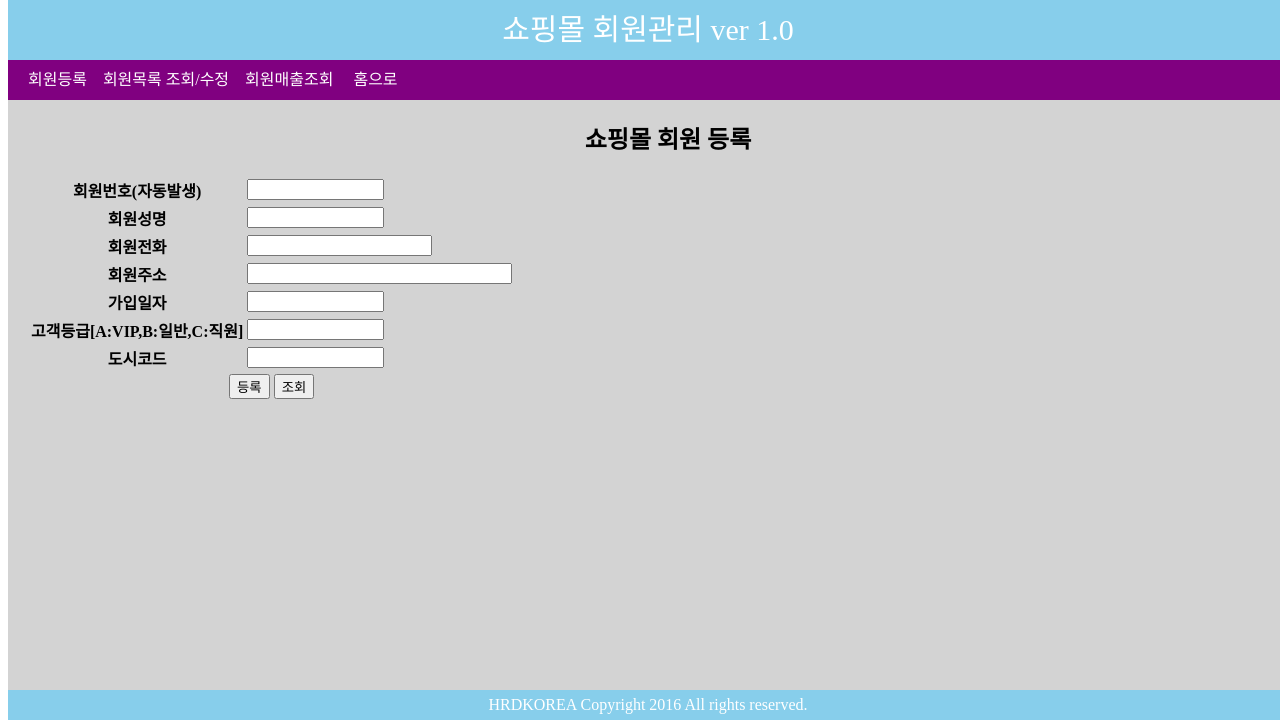
Repository: haileylee94/mini-project
Page: http://localhost/hrd/join.jsp
These files come from the project's save history. The page is drawn as it stood at one moment and after the next save; the edit follows.
The browser window is 1280 px wide. The pictures show the whole page.
The page is served by Tomcat 9.

Above is the page before, as saved 2022-11-17 12:28:40.

After the next save:
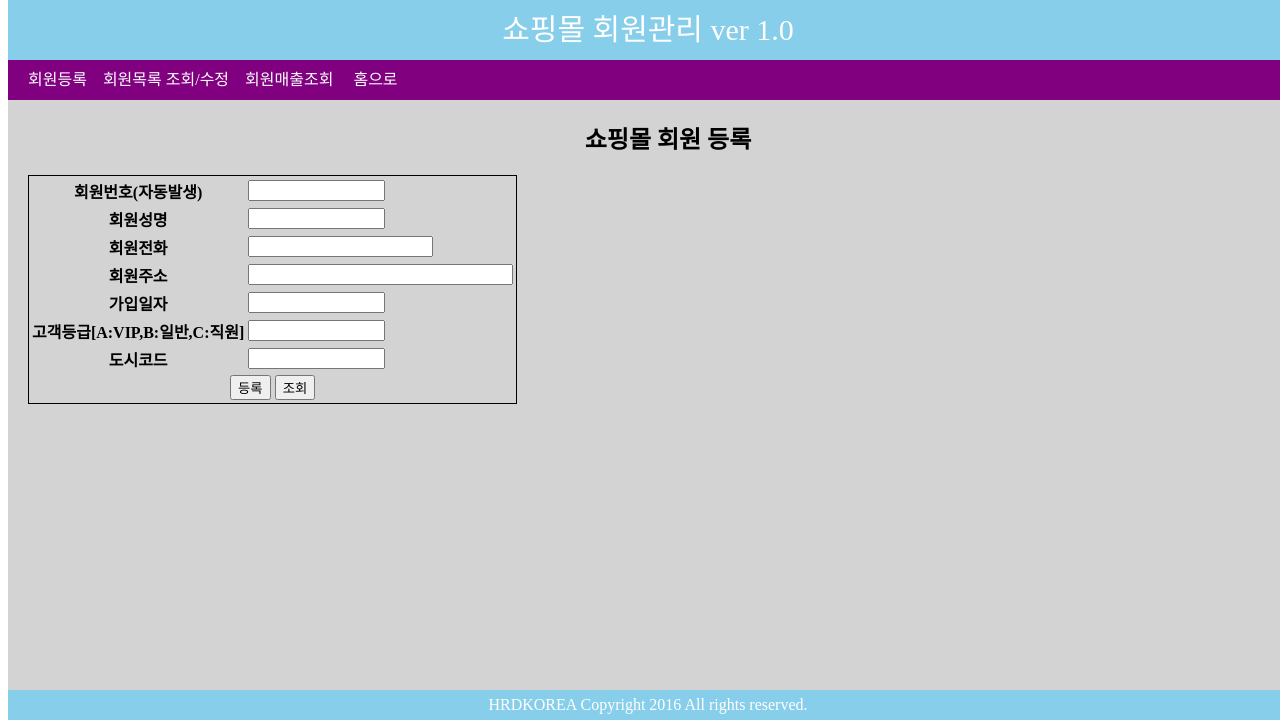
Saved 2 min 36 s later.
--- a/hrd/WebContent/join.jsp
+++ b/hrd/WebContent/join.jsp
@@ -5,6 +5,11 @@
 <head>
 <meta charset="UTF-8">
 <title>join</title>
+<style>
+	table{
+		border: 1px solid #000;
+	}
+</style>
 </head>
 <body>
 	<jsp:include page="header.jsp"/>
